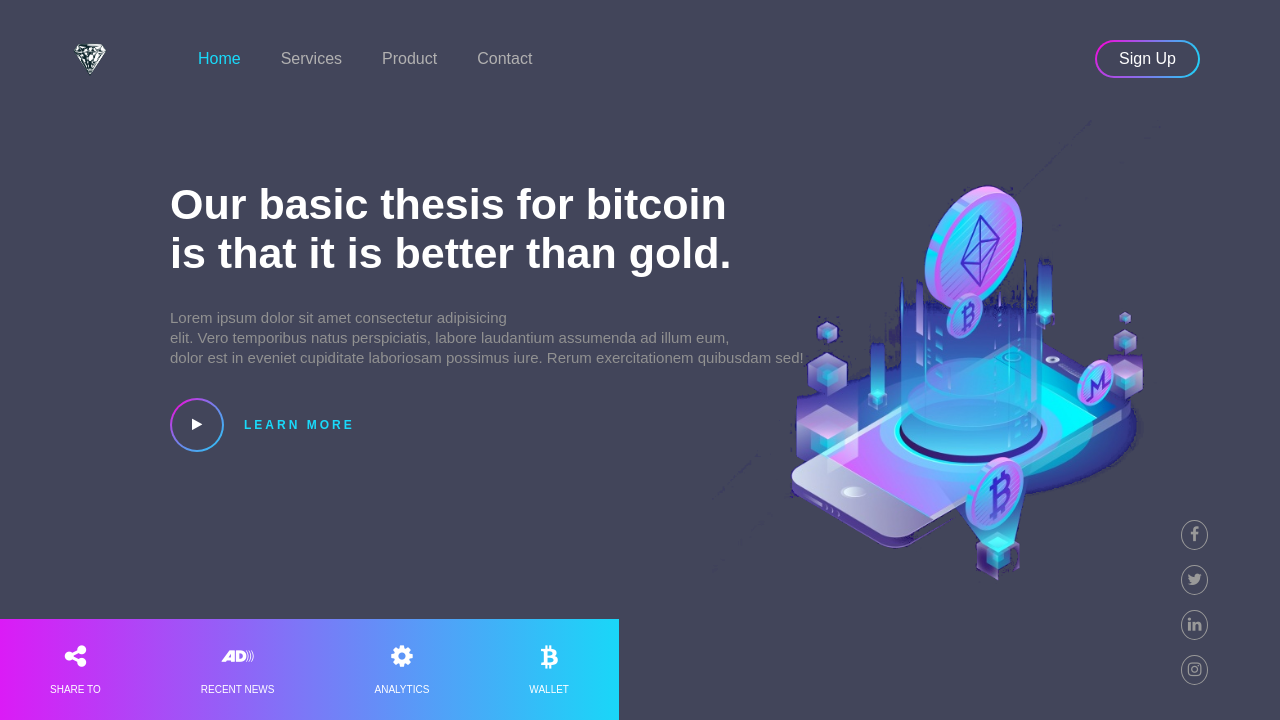
Repository: Aakarshit-Sharma19/Basic-HTML-and-CSS-Page-
Page: index.html
The author's editor kept a copy of each file at every save. The page is drawn from the files as they stood at one save, then again after the next save.
The browser window is 1280 px wide. The pictures show the whole page.
The pointer rests on the first visible `.play-btn-inner`.

Above is the page before, as saved 2020-11-10 17:28:39.

After the next save:
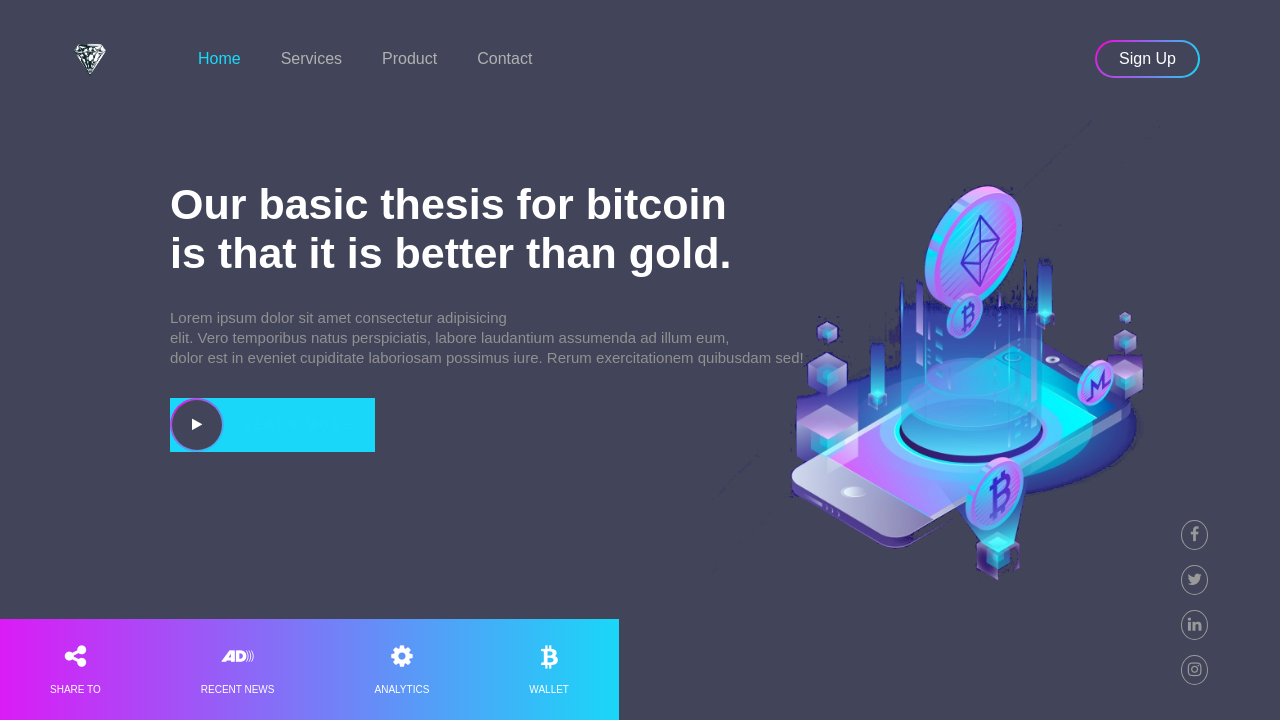
Saved 8 s later.
--- a/style.css
+++ b/style.css
@@ -119,7 +119,7 @@ body{
     font-size: 13px;
     cursor: pointer;
 }
-.play-btn-inner:hover{
+.play-btn:hover{
     background-color: #19d7f8;
 }
 small{
